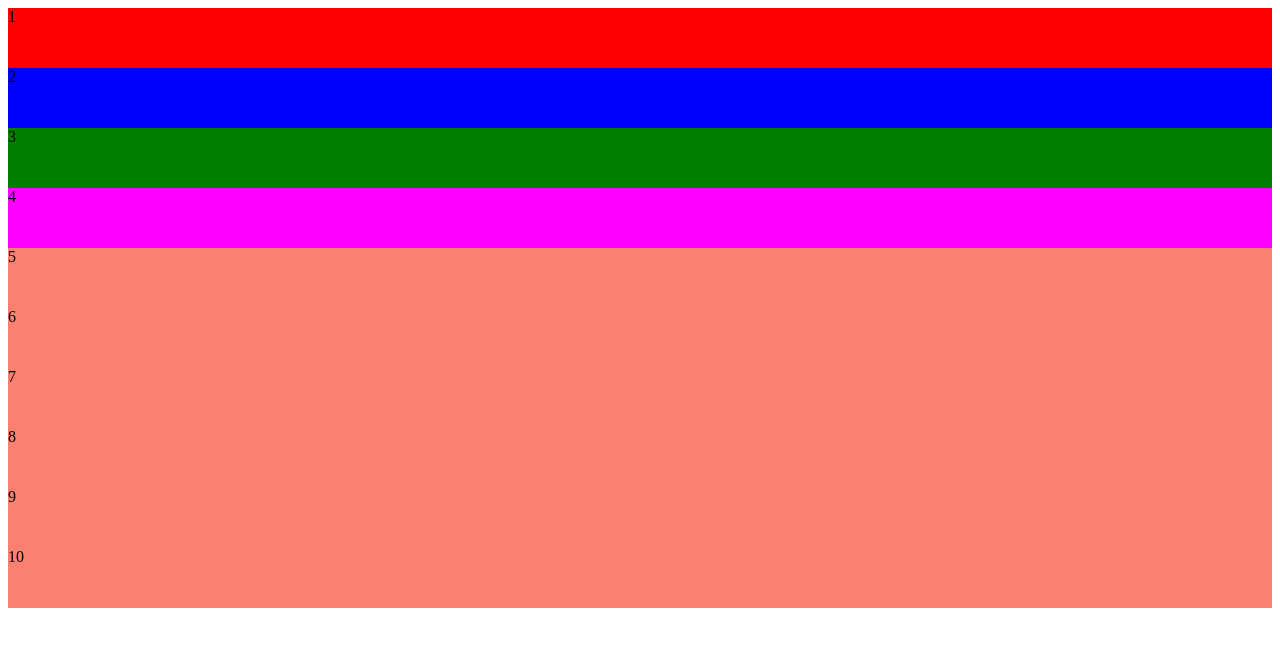
Repository: DinkarRavi/Dinkar_Coding
Page: 22aug24/grid.html
The author's editor kept a copy of each file at every save. The page is drawn from the files as they stood at one save, then again after a run of saves.
The browser window is 1280 px wide. The pictures show the whole page.

Above is the page before, as saved 2024-08-22 15:02:08.

After the next 5 saves:
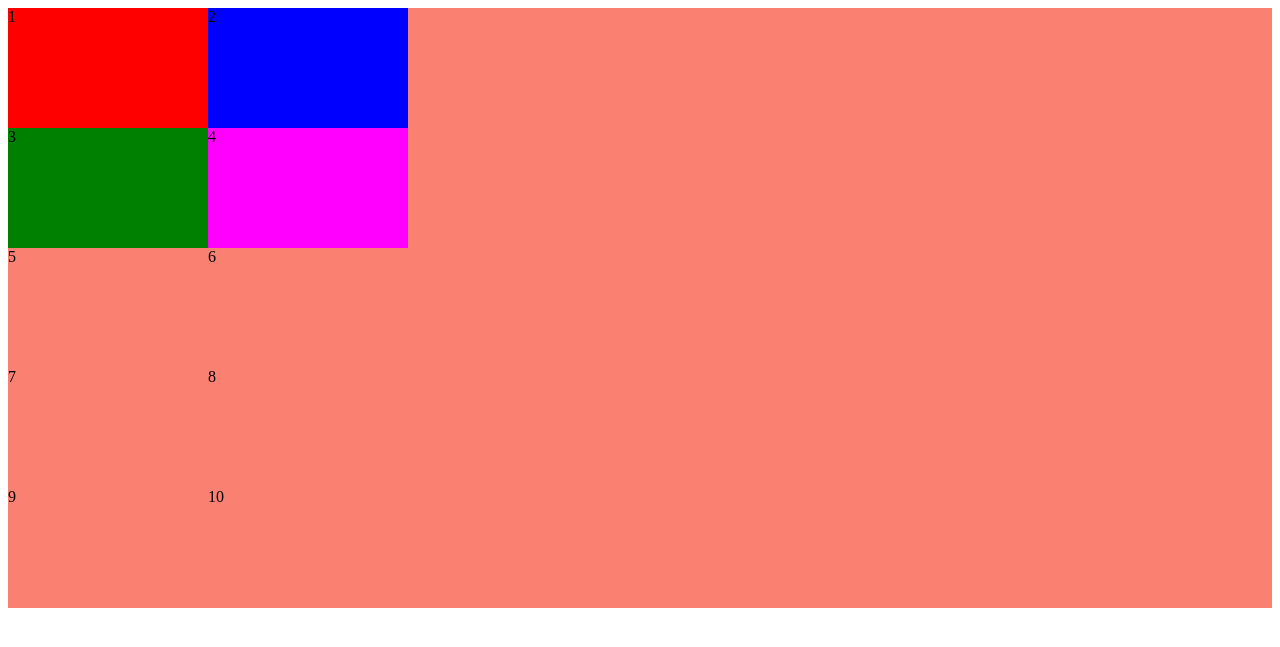
The 5 saves are shown as one change because they came seconds apart.
The last was saved 16 s later.
--- a/22aug24/grid.css
+++ b/22aug24/grid.css
@@ -5,7 +5,7 @@
 background-color: salmon;
 height: 600px;
 display: grid;
-grid-template-columns: ;
+grid-template-columns: 200px 200px;
 }
 div{
 div:nth-child(1) {
